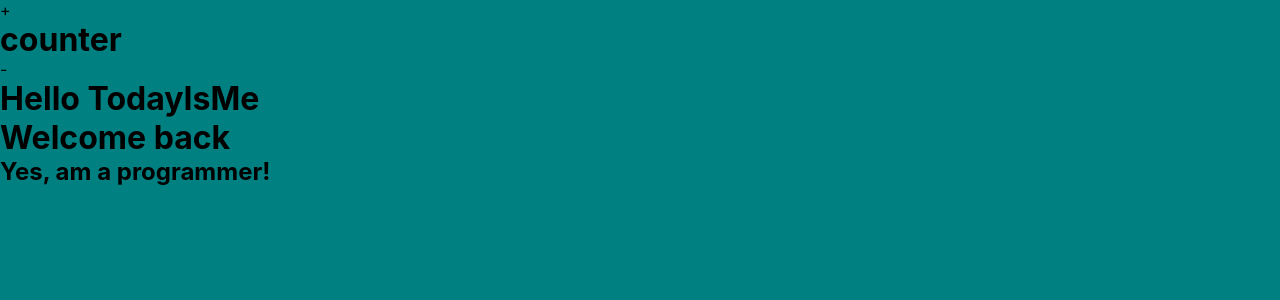
Repository: Exdevo/React
Page: /
An editor plug-in stored every save of this project. The page is shown before and after the next save, followed by the edit.
The browser window is 1280 px wide. The pictures show the whole page.
The project was rebuilt for these pictures with package versions that can differ from the ones it lists, and the page was loaded fresh each time. Also part of the build but not shown: src/ItemDescription.js, src/Product.js.

Above is the page before, as saved 2023-02-12 14:51:53.

After the next save:
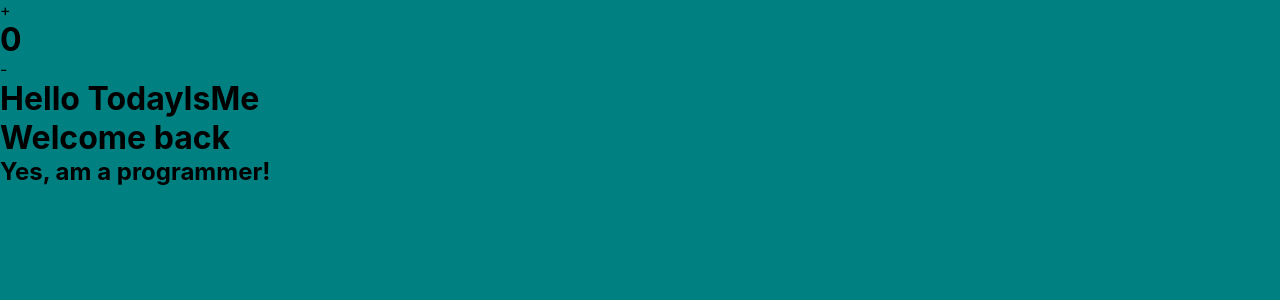
Saved 20 s later.
--- a/src/App.js
+++ b/src/App.js
@@ -14,7 +14,7 @@ function App() {
     <div className="App">
 
       <buton>+</buton>
-      <h1>counter</h1>
+      <h1>{counter}</h1>
       <buton>-</buton>
      <h1> Hello {isProgrammer ? name : "TodayIsMe"} </h1>
      {name ?(
